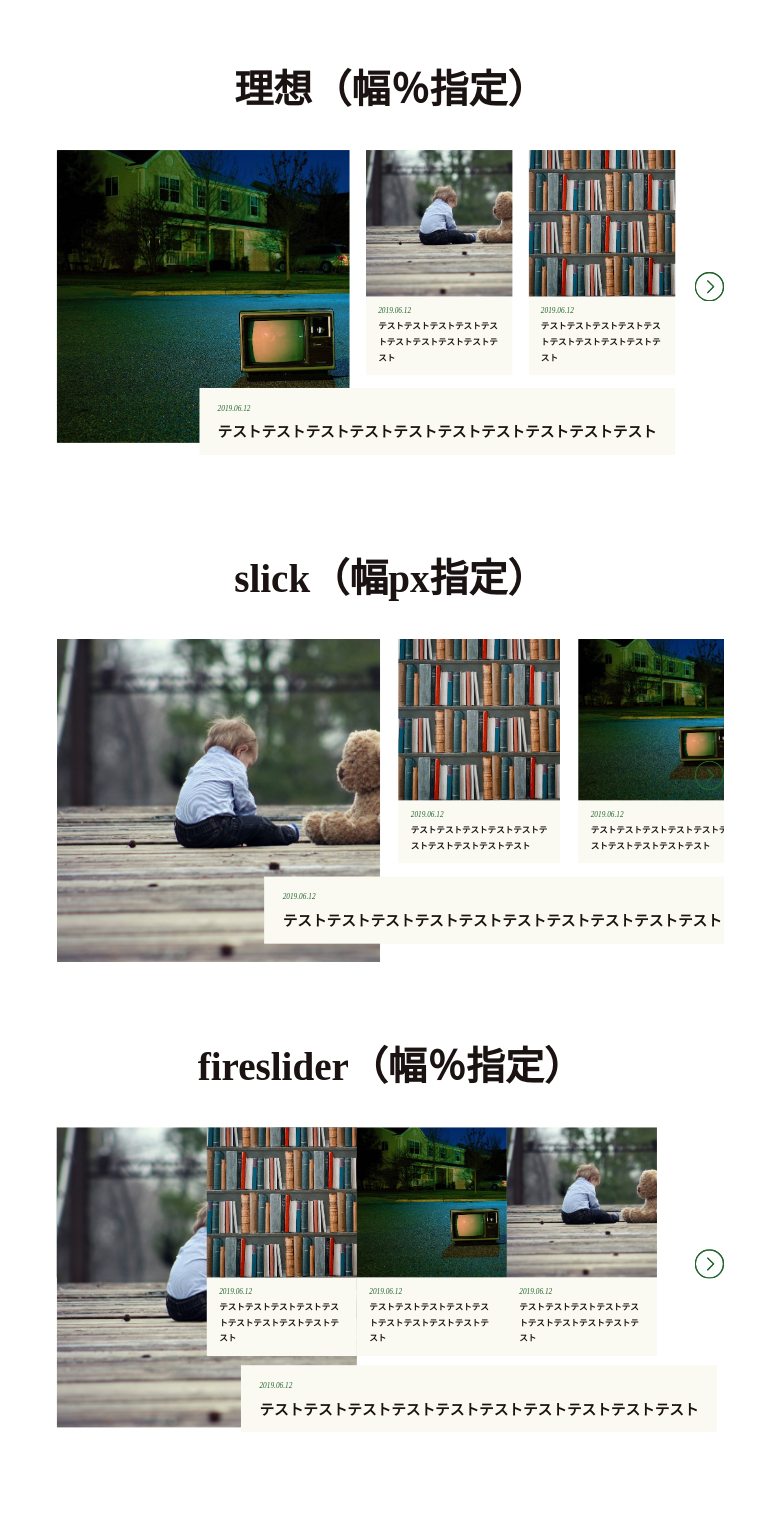
Repository: bbbbruno/slidertest
Page: index.html
An editor plug-in stored every save of this project. The page is shown before and after the next save, followed by the edit.
The browser window is 1280 px wide. The pictures show the whole page, at 61% of full size.

Above is the page before, as saved 2019-07-26 12:48:39.

### index.html
<!DOCTYPE html>
<html lang="ja">

<head>
  <meta charset="UTF-8">
  <meta name="viewport" content="width=device-width, initial-scale=1.0">
  <meta http-equiv="X-UA-Compatible" content="ie=edge">
  <title>スライダーテスト</title>
  <link rel="stylesheet" href="./css/reset.css">
  <link rel="stylesheet" href="./js/slick/slick.css">
  <link rel="stylesheet" href="./css/style.css">
</head>

<body>

  <section class="top">

    <h2>理想（幅％指定）</h2>

    <div class="container">
      <div class="slide">
        <ul id="slide-list">
          <li class="slide-item active">
            <div class="slide-imgbox active" style="background: url('./img/tv.jpg'); background-size: cover;">
            </div>
            <div class="slide-txtbox">
              <time class="slide-time fopen" datetime="2019-06-12">2019.06.12</time>
              <h3 class="slide-tit">テストテストテストテストテストテストテストテストテストテスト</h3>
            </div>
          </li>
          <li class="slide-item">
            <div class="slide-imgbox" style="background: url('./img/child.jpg'); background-size: cover;">
            </div>
            <div class="slide-txtbox">
              <time class="slide-time fopen" datetime="2019-06-12">2019.06.12</time>
              <h3 class="slide-tit">テストテストテストテストテストテストテストテストテストテスト</h3>
            </div>
          </li>
          <li class="slide-item">
            <div class="slide-imgbox" style="background: url('./img/library.jpg'); background-size: cover;">
            </div>
            <div class="slide-txtbox">
              <time class="slide-time fopen" datetime="2019-06-12">2019.06.12</time>
              <h3 class="slide-tit">テストテストテストテストテストテストテストテストテストテスト</h3>
            </div>
          </li>
        </ul>
        <div class="arrow-r"><img src="./img/arrow-r.svg" alt="右矢印" width="48" height="48"></div>
      </div><!-- /slide -->

    </div>
  </section>

  <section class="top">

    <h2>slick（幅px指定）</h2>

    <div class="container">
      <div class="slide">
        <ul id="slide-list-slick">
          <li class="slide-item">
            <div class="slide-imgbox active" style="background: url('./img/tv.jpg'); background-size: cover;">
            </div>
            <div class="slide-txtbox">
              <time class="slide-time fopen" datetime="2019-06-12">2019.06.12</time>
              <h3 class="slide-tit">テストテストテストテストテストテストテストテストテストテスト</h3>
            </div>
          </li>
          <li class="slide-item">
            <div class="slide-imgbox" style="background: url('./img/child.jpg'); background-size: cover;">
            </div>
            <div class="slide-txtbox">
              <time class="slide-time fopen" datetime="2019-06-12">2019.06.12</time>
              <h3 class="slide-tit">テストテストテストテストテストテストテストテストテストテスト</h3>
            </div>
          </li>
          <li class="slide-item">
            <div class="slide-imgbox" style="background: url('./img/library.jpg'); background-size: cover;">
            </div>
            <div class="slide-txtbox">
              <time class="slide-time fopen" datetime="2019-06-12">2019.06.12</time>
              <h3 class="slide-tit">テストテストテストテストテストテストテストテストテストテスト</h3>
            </div>
          </li>
        </ul>
      </div><!-- /slide -->

    </div>
  </section>
  <section class="top">

    <h2>fireslider（幅％指定）</h2>

    <div class="container">
      <div class="slide">
        <ul id="slide-list-velocity">
          <li class="slide-item">
            <div class="slide-imgbox active" style="background: url('./img/tv.jpg'); background-size: cover;">
            </div>
            <div class="slide-txtbox">
              <time class="slide-time fopen" datetime="2019-06-12">2019.06.12</time>
              <h3 class="slide-tit">テストテストテストテストテストテストテストテストテストテスト</h3>
            </div>
          </li>
          <li class="slide-item">
            <div class="slide-imgbox" style="background: url('./img/child.jpg'); background-size: cover;">
            </div>
            <div class="slide-txtbox">
              <time class="slide-time fopen" datetime="2019-06-12">2019.06.12</time>
              <h3 class="slide-tit">テストテストテストテストテストテストテストテストテストテスト</h3>
            </div>
          </li>
          <li class="slide-item">
            <div class="slide-imgbox" style="background: url('./img/library.jpg'); background-size: cover;">
            </div>
            <div class="slide-txtbox">
              <time class="slide-time fopen" datetime="2019-06-12">2019.06.12</time>
              <h3 class="slide-tit">テストテストテストテストテストテストテストテストテストテスト</h3>
            </div>
          </li>
        </ul>
        <div class="arrow-r"><img src="./img/arrow-r.svg" alt="右矢印" width="48" height="48"></div>
      </div><!-- /slide -->

    </div>
  </section>


  <script src="https://ajax.googleapis.com/ajax/libs/jquery/3.3.1/jquery.min.js"></script>
  <script src="./js/slick/slick.js"></script>
  <script src="./js/jquery.fireSlider.velocity.js"></script>
  <script src="./js/jquery.fireSlider.min.js"></script>
  <script src="./js/script.js"></script>
</body>

</html>

### css/reset.css
/* ***********************************
 *
 *    Ire's CSS Reset & Base
 *
 * *********************************** */
/* Reset margin, padding, border
 * *********************************** */
html,
body,
h1,
h2,
h3,
h4,
h5,
h6,
a,
p,
span,
em,
small,
strong,
sub,
sup,
mark,
del,
ins,
strike,
abbr,
dfn,
blockquote,
q,
cite,
code,
pre,
ol,
ul,
li,
dl,
dt,
dd,
div,
section,
article,
main,
aside,
nav,
header,
hgroup,
footer,
img,
figure,
figcaption,
address,
time,
audio,
video,
canvas,
iframe,
details,
summary,
fieldset,
form,
label,
legend,
table,
caption,
tbody,
tfoot,
thead,
tr,
th,
td {
  margin: 0;
  padding: 0;
  border: 0;
}

/* Typography
   * *********************************** */
html {
  font-size: 62.5%;
}

body {
  font-size: 1.6rem;
  line-height: 1.4;
}

* {
  font-family: inherit;
  font-size: inherit;
  line-height: inherit;
}

a,
a:visited {
  color: inherit;
}

/* Layout
   * *********************************** */
article,
aside,
footer,
header,
nav,
section,
main {
  display: block;
}

* {
  -webkit-box-sizing: border-box;
  box-sizing: border-box;
}

*:before,
*:after {
  -webkit-box-sizing: inherit;
  box-sizing: inherit;
}

/* Elements
   * *********************************** */
table {
  border-collapse: collapse;
  border-spacing: 0;
}

ol,
ul {
  list-style: none;
}

img,
video {
  max-width: 100%;
}

img {
  border-style: none;
}

blockquote,
q {
  quotes: none;
}

blockquote:after,
blockquote:before,
q:after,
q:before {
  content: "";
  content: none;
}

/* Attributes & states
   * *********************************** */
[hidden] {
  display: none !important;
}

[disabled] {
  cursor: not-allowed;
}

:focus:not(:focus-visible) {
  outline: none;
}

/* Utility classes
   * *********************************** */
.sr-only {
  clip: rect(1px, 1px, 1px, 1px);
  position: absolute;
  top: -9999px;
  left: -9999px;
}

/*# sourceMappingURL=../css/reset.css.map */

### css/style.css
@charset "UTF-8";

body {
  width: 100%;
  padding-top: 100px;
  color: #1A1311;
  font-size: 1.6rem;
  line-height: 1.5;
}

h2 {
  font-size: 64px;
  text-align: center;
  margin-bottom: 50px;
}

.container {
  width: 85.4166666666667%;
  max-width: 1200px;
  margin: 0 auto;
  padding: 0;
}

/* --------------------------------
 * TOP
 * -------------------------------- */
.top {
  background: #ffffff;
  margin-bottom: 125px;
}

/* slide */
.slide {
  position: relative;
  height: 530px;
  margin-bottom: 56px;
  overflow: hidden;
}


.slide #slide-list {
  display: -webkit-box;
  display: -ms-flexbox;
  display: flex;
  -webkit-box-align: start;
  -ms-flex-align: start;
  align-items: flex-start;
  -webkit-box-pack: justify;
  -ms-flex-pack: justify;
  justify-content: space-between;
  height: 100%;
  padding-right: 80px;
  position: relative;
}

.slide-item {
  width: 23.68421%;
  -webkit-transition: all 0.2s ease;
  transition: all 0.2s ease;
}

.slide-item.active {
  width: 47.36842%;
}

#slide-list-velocity .slide-item {
  width: 22.5% !important;
}

.slide-item .slide-imgbox {
  padding-top: 100%;
}


#slide-list-velocity .slide-item.fire-slider-active {
  width: 45% !important;
}

.slide-item.fire-slider-active .slide-txtbox,
.slide-item.active .slide-txtbox {
  position: absolute;
  top: 390px;
  right: -590px;
  max-width: 800px;
  padding: 20px 30px;
}

.slide-item.active .slide-txtbox {
  right: 80px;
}

.slide-item.fire-slider-active .slide-txtbox .slide-tit,
.slide-item.active .slide-txtbox .slide-tit {
  font-size: 24px;
  line-height: 1.41667;
}

.slide-item.fire-slider-active .slide-txtbox .slide-time,
.slide-item.active .slide-txtbox .slide-time {
  margin-bottom: 10px;
}

.slide-txtbox {
  padding: 10px 20px 15px;
  background: #FAF9F2;
}

.slide-time {
  display: block;
  color: #22652D;
  font-size: 12px;
  font-style: italic;
  line-height: 2.16667;
}

.slide-tit {
  font-size: 14px;
  line-height: 1.85714;
}

.slide .arrow-r {
  -webkit-appearance: none;
  -moz-appearance: none;
  appearance: none;
  position: absolute;
  top: 200px;
  right: 0;
  width: 48px;
  height: 48px;
  padding: 0;
  border: none;
  outline: none;
  background: url("../img/arrow-r.svg") center no-repeat;
  background-color: transparent;
  font-size: 0;
  cursor: pointer;
}

#slide-list-slick .slide-item {
  position: relative;
  width: 265px !important;
  margin-right: 30px;
  -webkit-transition: all 0.2s ease;
  transition: all 0.2s ease;
}

.slide-item .slide-imgbox {
  position: relative;
  padding-top: 100%;
}

#slide-list-slick .slick-active .slide-item {
  width: 530px !important;
  -webkit-transition: all 0.2s ease;
  transition: all 0.2s ease;
}

#slide-list-slick .slick-active .slide-item .slide-txtbox {
  position: absolute;
  top: 390px;
  right: -590px;
  max-width: 800px;
  padding: 20px 30px;
}

#slide-list-slick .slick-active .slide-item .slide-txtbox .slide-tit {
  font-size: 24px;
  line-height: 1.41667;
}

#slide-list-slick .slick-active .slide-item .slide-txtbox .slide-time {
  margin-bottom: 10px;
}

#slide-list-slick .slide-txtbox {
  padding: 10px 20px 15px;
  background: #FAF9F2;
}

#slide-list-slick .slide-time {
  display: block;
  color: #22652D;
  font-size: 12px;
  font-style: italic;
  line-height: 2.16667;
}

#slide-list-slick .slide-tit {
  font-size: 14px;
  line-height: 1.85714;
}

#slide-list-slick .slick-next {
  -webkit-appearance: none;
  -moz-appearance: none;
  appearance: none;
  position: absolute;
  top: 200px;
  right: 0;
  width: 48px;
  height: 48px;
  padding: 0;
  border: none;
  outline: none;
  background: url("../img/arrow-r.svg") center no-repeat;
  background-color: transparent;
  font-size: 0;
  cursor: pointer;
}

#slide-list-slick .slide .slick-next:hover {
  opacity: 0.7;
}

#slide-list-slick .slide .slick-prev {
  display: none;
}

### js/script.js
$(function () {

  // slick
  var slick = $('#slide-list-slick').slick({
    infinite: true,
    speed: 500,
    slidesToShow: 1,
    variableWidth: true,
    autoplay: true,
    prevArrow: false,
    cssEase: 'ease-in-out',
    transformEnabled: false,
    responsive: [{
      breakpoint: 767,
      settings: {
        slidesToShow: 1,
        variableWidth: false,
      }
    }]
  });

  // fireslider
  var slider = $('#slide-list-velocity').fireSlider({
    delay: 4000,
    slide: 'li',
    speed: 700,
    show: 'auto',
    hoverPause: true,
    next: $('.arrow-r'),
  });
  var slideInOut = function (el, options) {
    var duration = (options.snapping) ? 0 : options.speed;
    el.velocity({
      translateX: [(options.nextPos + '%'), (options.currPos + 100 + '%')]
    }, {
      duration: duration,
      queue: options.effect,
      easing: options.easing
    });
  };
  fireSlider.prototype.Effects.register('slideInOut', slideInOut);
  $('.fire-slider-active').attr('data-fireslider-effect', 'slideInOut');
});

Loaded but not shown: js/slick/slick.css (common file); js/slick/slick.js (library); js/jquery.fireSlider.velocity.js (library); js/jquery.fireSlider.min.js (library)

After the next save:
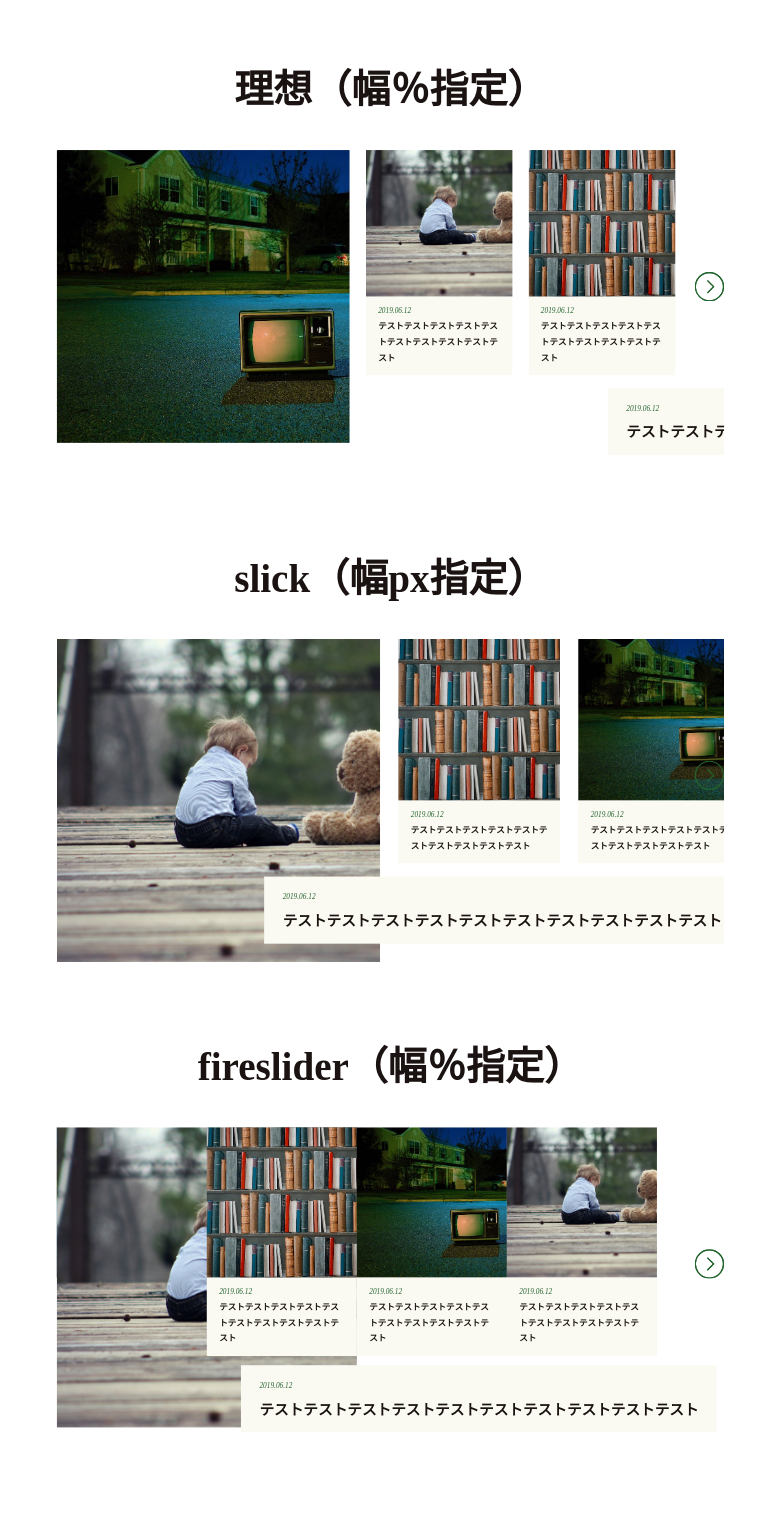
Saved 2 min 22 s later.
--- a/css/style.css
+++ b/css/style.css
@@ -63,6 +63,16 @@ h2 {
   width: 47.36842%;
 }
 
+.slide-item.active .slide-txtbox {
+  position: absolute;
+  top: 390px;
+  right: 80px;
+  right: -590px;
+  max-width: 800px;
+  padding: 20px 30px;
+
+}
+
 #slide-list-velocity .slide-item {
   width: 22.5% !important;
 }
@@ -76,8 +86,7 @@ h2 {
   width: 45% !important;
 }
 
-.slide-item.fire-slider-active .slide-txtbox,
-.slide-item.active .slide-txtbox {
+.slide-item.fire-slider-active .slide-txtbox {
   position: absolute;
   top: 390px;
   right: -590px;
@@ -85,9 +94,6 @@ h2 {
   padding: 20px 30px;
 }
 
-.slide-item.active .slide-txtbox {
-  right: 80px;
-}
 
 .slide-item.fire-slider-active .slide-txtbox .slide-tit,
 .slide-item.active .slide-txtbox .slide-tit {
